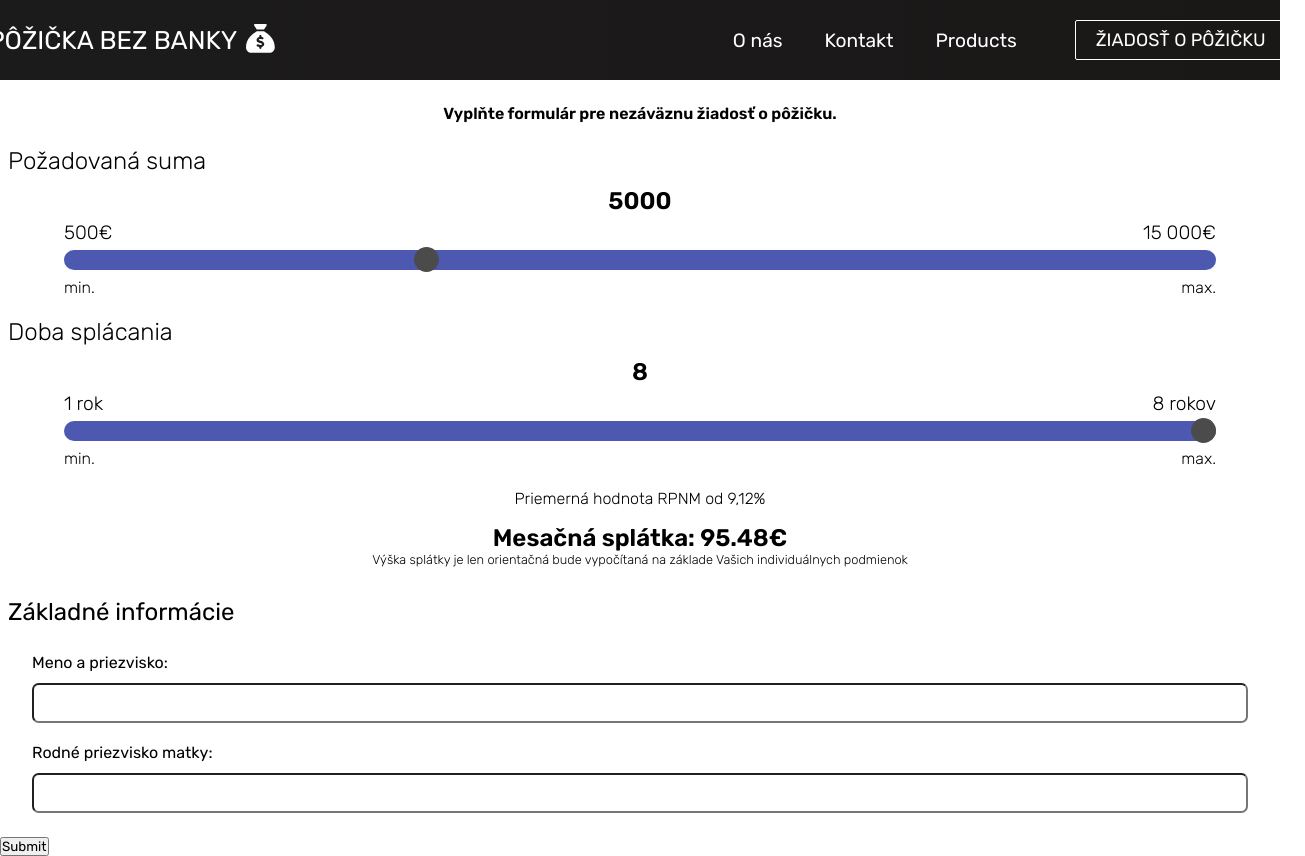
Repository: steve-lgtm/React-website-pozickabezbanky
Page: /ziadost
The author's editor kept a copy of each file at every save. The page is drawn from the files as they stood at one save, then again after the next save.
The browser window is 1280 px wide. The page is 1305 px wide, so the pictures cover 1305 px, including what lies to the right of the window. The pictures show the whole page.
Some web libraries are served in a nearby version. The project was rebuilt for these pictures with package versions that can differ from the ones it lists, and the page was loaded fresh each time. Also part of the build but not shown: src/components/pages/Home.js, src/components/pages/Kontakt.js, src/components/pages/Products.js.

Above is the page before, as saved 2022-07-10 16:29:32.

After the next save:
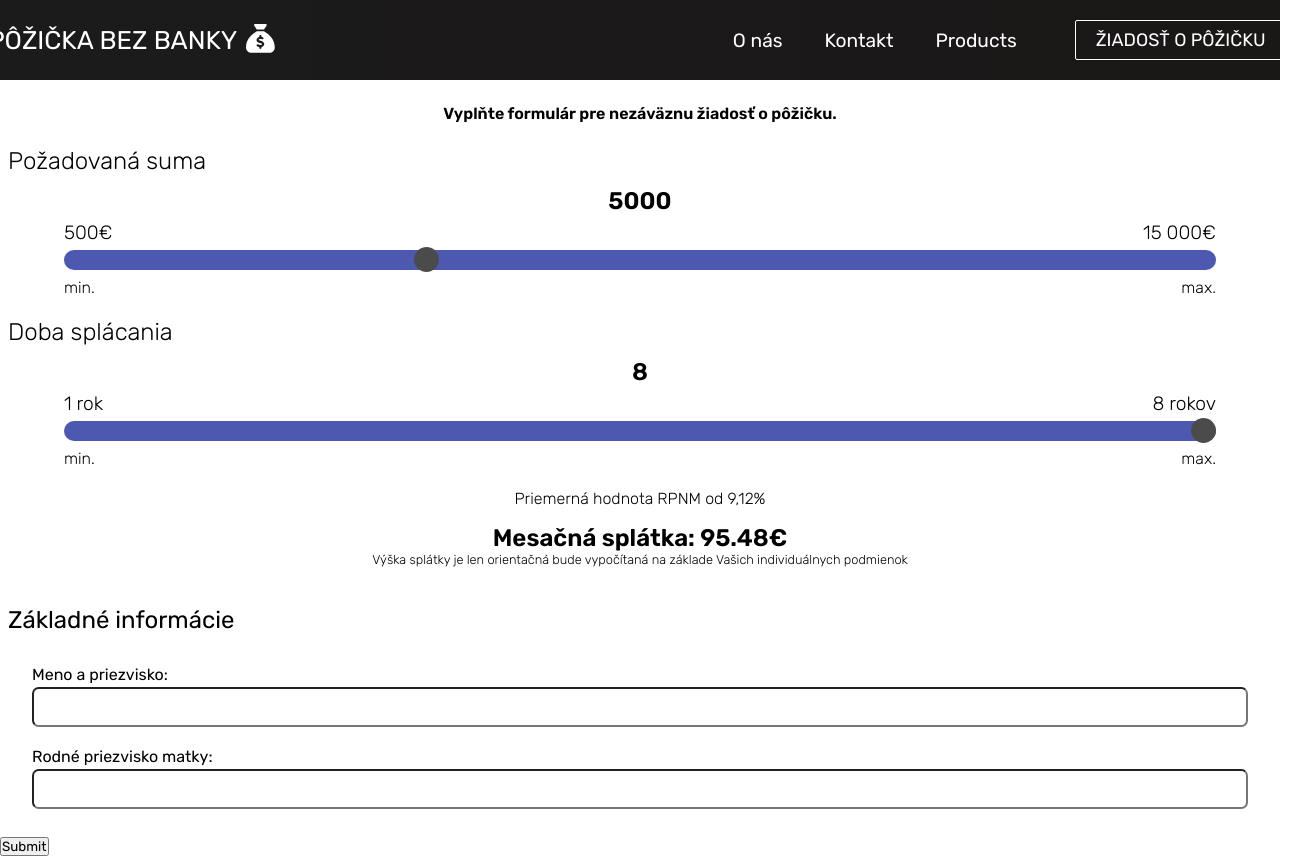
Saved 6 s later.
--- a/src/components/pages/Ziadost.css
+++ b/src/components/pages/Ziadost.css
@@ -90,7 +90,7 @@ font-weight: 300;
     display: flex;
     flex-direction: column;
     justify-content:space-around;
-    height: 5em;
+    height: 4em;
     margin: 0 1.5em;
 }
 input[type=text] {
